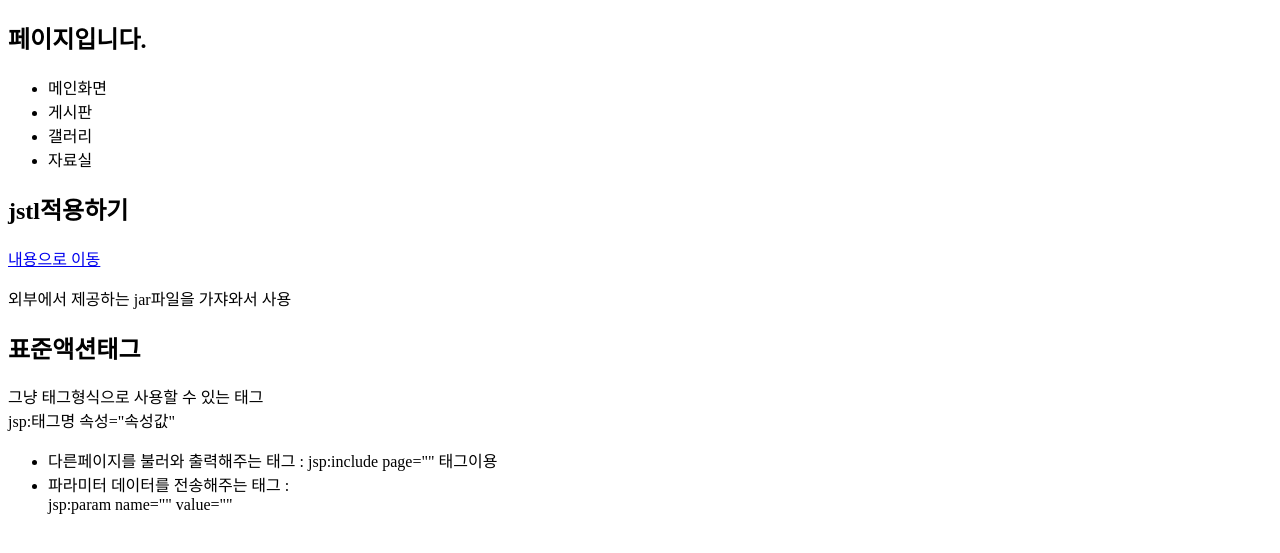
Repository: simjiho/week
Page: http://localhost/el_jstl/
The author's editor kept a copy of each file at every save. The page is drawn from the files as they stood at one save, then again after the next save.
The browser window is 1280 px wide. The pictures show the whole page.
The page is served by Tomcat 9.

Above is the page before, as saved 2024-04-20 05:35:51.

After the next save:
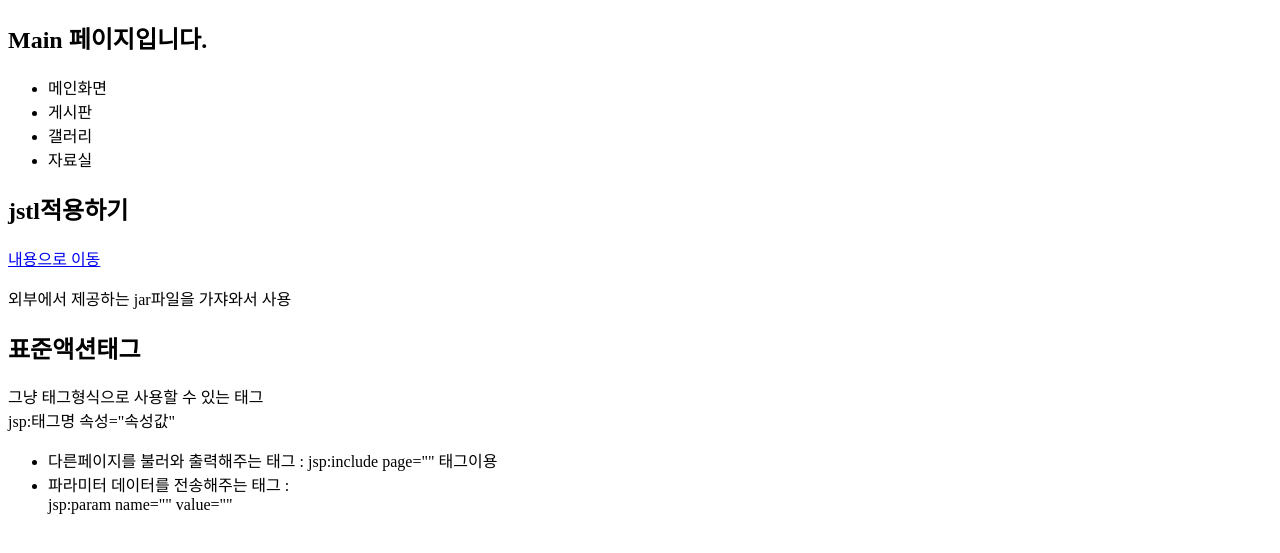
Saved 10 s later.
--- a/workspace/el_jstl/src/main/webapp/index.jsp
+++ b/workspace/el_jstl/src/main/webapp/index.jsp
@@ -4,7 +4,7 @@
 <%@ taglib prefix="c" uri="http://java.sun.com/jsp/jstl/core" %>
 <%@ taglib prefix="fmt" uri="http://java.sun.com/jsp/jstl/fmt" %>
 <jsp:include page="/views/common/header.jsp">
-	<jsp:param name="titles" value="Main"/>
+	<jsp:param name="title" value="Main"/>
 </jsp:include>
 
 	<%-- <h3><%=name %></h3> --%>
